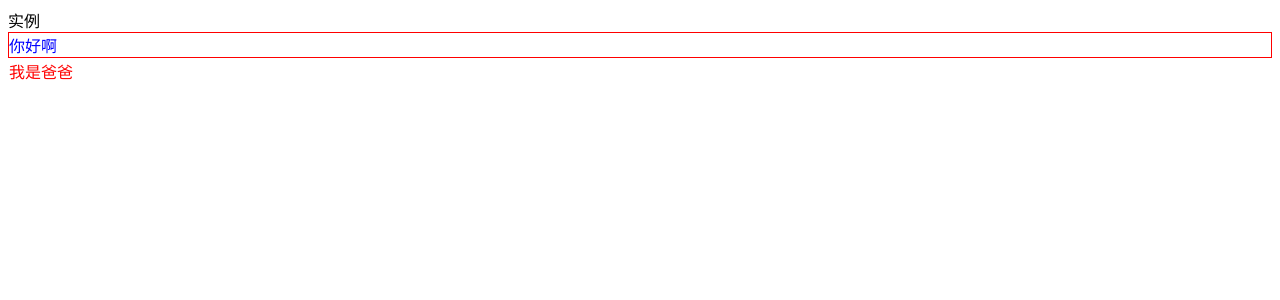
Repository: chenguocan/dom_demo
Page: src/index.html
The author's editor kept a copy of each file at every save. The page is drawn from the files as they stood at one save, then again after the next save.
The browser window is 1280 px wide. The pictures show the whole page.

Above is the page before, as saved 2020-08-07 17:33:45.

After the next save:
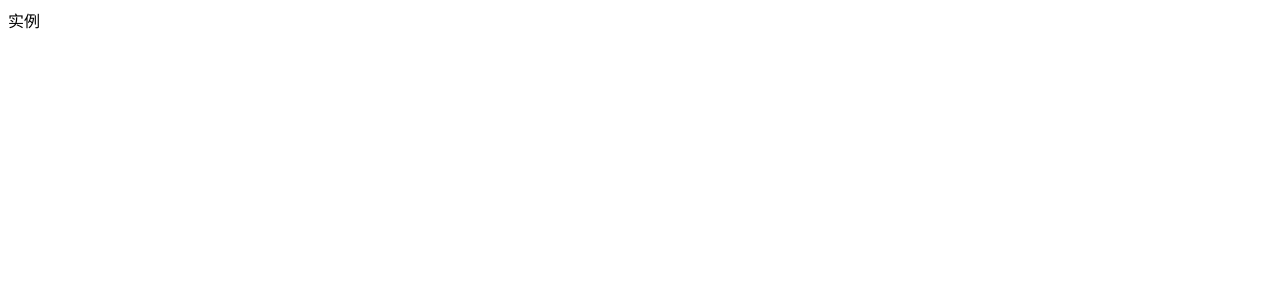
Console error: SyntaxError: Unexpected token '}'
Saved 47 s later.
--- a/src/dom.js
+++ b/src/dom.js
@@ -116,6 +116,14 @@
             x = x.nextSibling;
         }
         return x;
-    }
+    },
+    preivous(node) {
+        let x = node.previousSibling;
+        while (x && x.nodeType === 3) {
+            x = x.previousSibling;
+        }
+        return x;
+    },
+}
 
 };

After the save that followed:
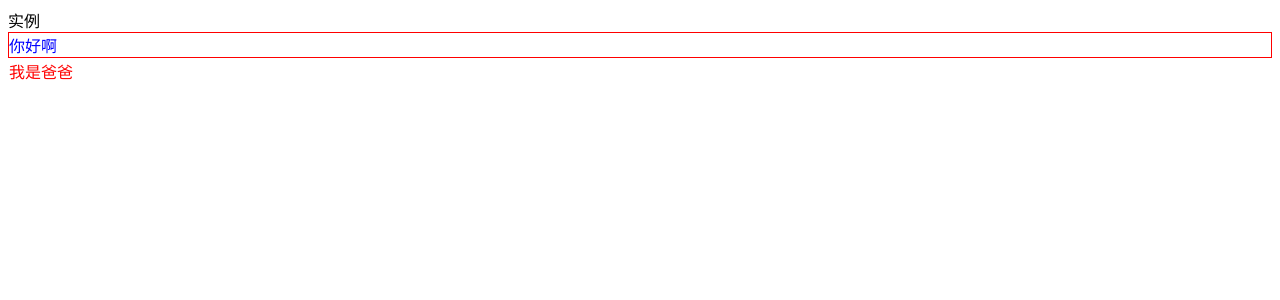
The error is gone.
Saved 11 s later.
--- a/src/dom.js
+++ b/src/dom.js
@@ -124,6 +124,4 @@
         }
         return x;
     },
-}
-
 };
